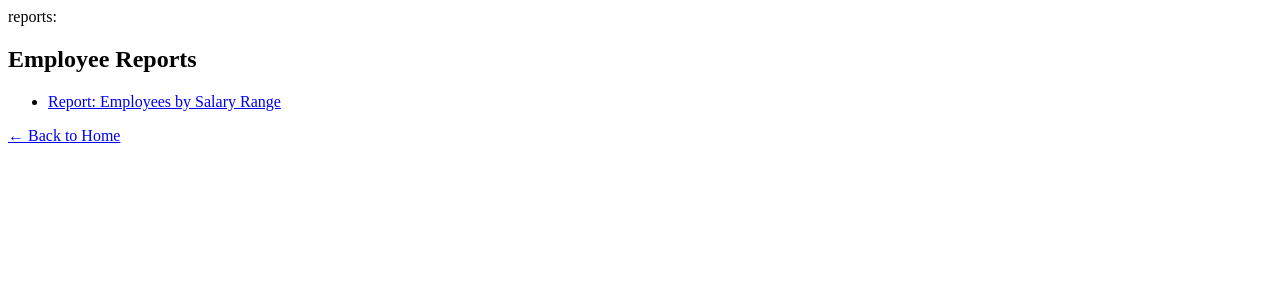
Repository: KUSUMA-74/Advance-JavaProject
Page: http://localhost/EmployeeWebApp/reports.jsp
The author's editor kept a copy of each file at every save. The page is drawn from the files as they stood at one save, then again after the next save.
The browser window is 1280 px wide. The pictures show the whole page.
The page is served by Tomcat 9. Other server files are loaded and not shown.

Above is the page before, as saved 2025-05-30 07:42:54.

### EmployeeWebApp/src/main/webapp/reports.jsp
reports:<%@ page contentType="text/html;charset=UTF-8" language="java" %>
<html>
<head>
    <title>Employee Reports</title>
</head>
<body>
    <h2>Employee Reports</h2>
    <ul>
        <li><a href="report_form.jsp">Report: Employees by Salary Range</a></li>
    </ul>
    <a href="index.jsp">← Back to Home</a>
</body>
</html>

After the next save:
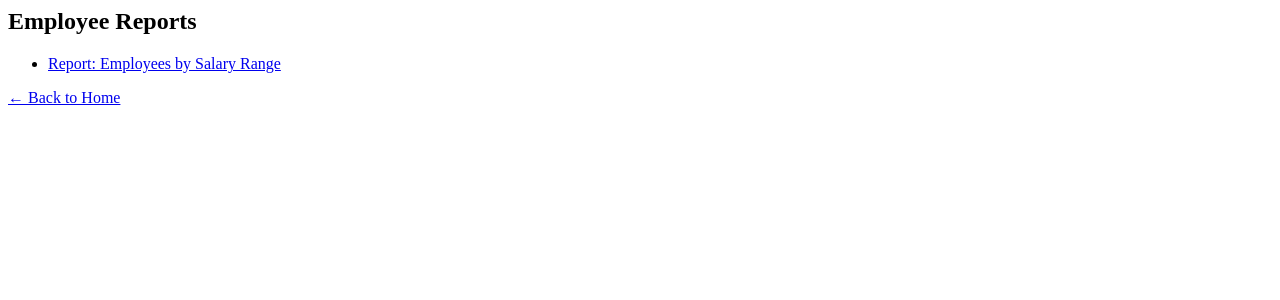
Saved 5 s later.
--- a/EmployeeWebApp/src/main/webapp/reports.jsp
+++ b/EmployeeWebApp/src/main/webapp/reports.jsp
@@ -1,4 +1,4 @@
-reports:<%@ page contentType="text/html;charset=UTF-8" language="java" %>
+<%@ page contentType="text/html;charset=UTF-8" language="java" %>
 <html>
 <head>
     <title>Employee Reports</title>
